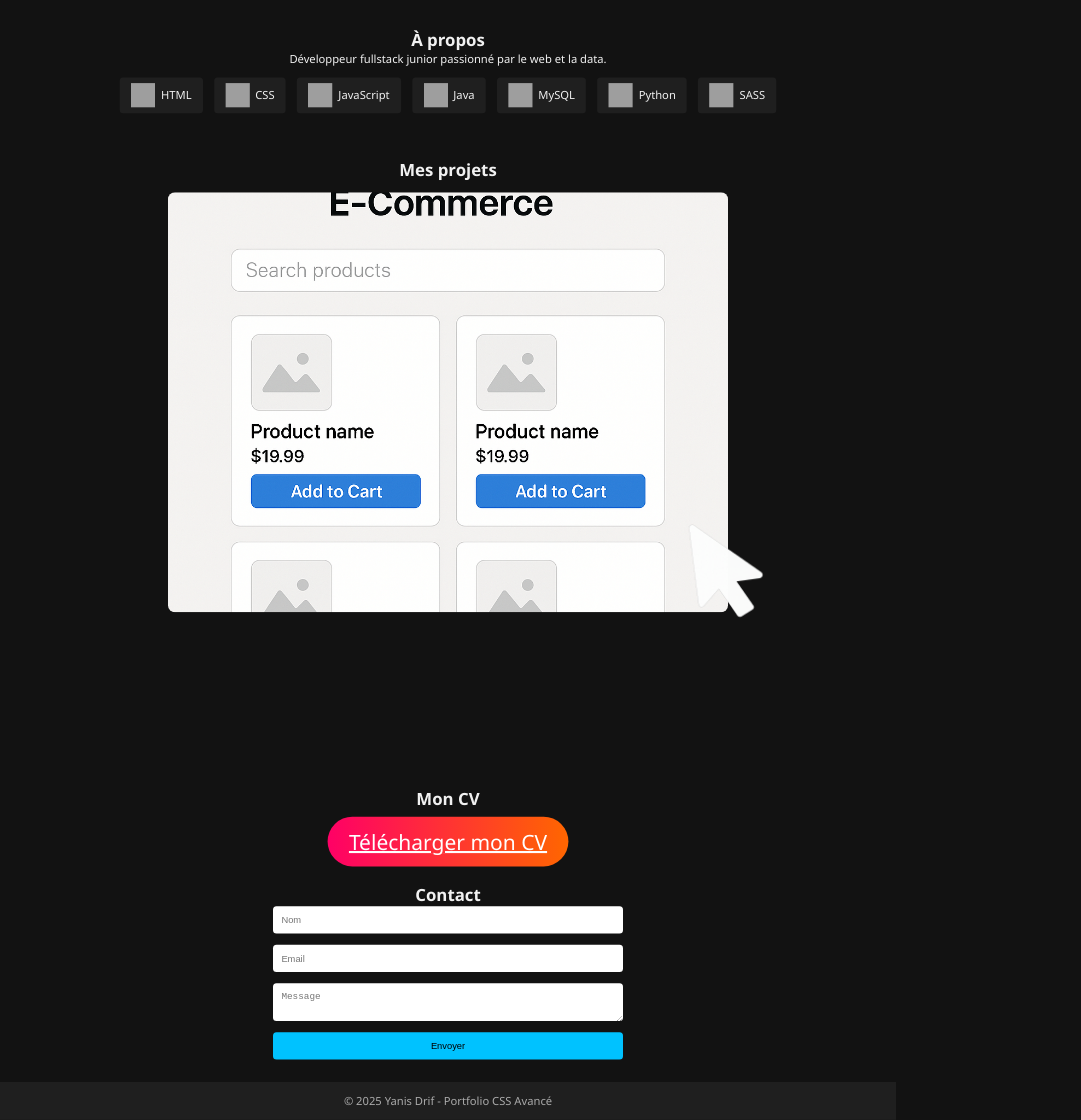
Repository: Yxniiss/ProjetCssAvance
Page: OneDrive/Bureau/Portfolio DrifYanis/home.html
These files come from the project's save history. The page is drawn as it stood at one moment and after the next save; the edit follows.
The browser window is 1280 px wide. The page is 1544 px wide, so the pictures cover 1544 px, including what lies to the right of the window. The pictures show the part of the page from y = 824 to 2424 px (the page is 2424 px tall), at 70% of full size.
Pictures or frames that could not be fetched are drawn as grey boxes.

Above is the page before, as saved 2025-04-10 11:37:38.
Console error: TypeError: Cannot set properties of null (setting 'textContent')

### OneDrive/Bureau/Portfolio DrifYanis/home.html
<!DOCTYPE html>
<html lang="fr">
<head>
  <meta charset="UTF-8" />
  <meta name="viewport" content="width=device-width, initial-scale=1.0" />
  <title>Portfolio - Yanis Drif</title>
  <link rel="stylesheet" href="/style.css" />
  <script defer src="/script.js"></script>
</head>
<body>
  <nav class="navbar">
    <div class="logo">Yanis Drif</div>
    <ul class="nav-links">
      <li><a href="#apropos">À propos</a></li>
      <li><a href="#projets">Projets</a></li>
      <li><a href="#cv">CV</a></li>
      <li><a href="#contact">Contact</a></li>
    </ul>
  </nav>

  <header class="hero">
    <img src="/image/IMG_0965 (2).jpeg" alt="Photo de profil" class="hero__image" />
    <div class="hero__content">
      <h1 class="hero__name">Yanis Drif</h1>
      <p class="hero__tagline">Développeur <span>Web</span> & Passionné de Data</p>
      <p class="hero__desc">Musique 🎧 | Jeux Vidéo 🎮 | Basket 🏀</p>
      <a href="#projets" class="btn">Voir mes projets</a>
    </div>
  </header>

  <section id="apropos" class="section about">
    <h2>À propos</h2>
    <p>Développeur fullstack junior passionné par le web et la data.</p>
    <div class="skills">
      <div class="skill"><img src="https://devicon-website.vercel.app/api/html5/original-wordmark.svg" alt="HTML">HTML</div>
      <div class="skill"><img src="https://devicon-website.vercel.app/api/css3/original-wordmark.svg" alt="CSS">CSS</div>
      <div class="skill"><img src="https://devicon-website.vercel.app/api/javascript/original.svg" alt="JavaScript">JavaScript</div>
      <div class="skill"><img src="https://devicon-website.vercel.app/api/java/original-wordmark.svg" alt="Java">Java</div>
      <div class="skill"><img src="https://devicon-website.vercel.app/api/mysql/plain-wordmark.svg" alt="MySQL">MySQL</div>
      <div class="skill"><img src="https://devicon-website.vercel.app/api/python/original-wordmark.svg" alt="Python">Python</div>
      <div class="skill"><img src="https://devicon-website.vercel.app/api/sass/original.svg" alt="SASS">SASS</div>
    </div>
  </section>

  <section id="projets" class="section projets">
    <h2>Mes projets</h2>
    <div class="projects carousel">
      <img src="image/ChatGPT Image 10 avr. 2025, 11_03_09.png" alt="Projet 1"/>
      <img src="/image/ChatGPT Image 10 avr. 2025, 11_09_31.png" alt="Projet 2" />
      <img src="/image/ChatGPT Image 10 avr. 2025, 11_11_38.png" alt="Projet 3" />
    </div>
    <div class="cursor2">
      <img src="/image/fecd8f8b-00be-49a2-b5b1-3fb5a8c2059e.png">
    </div>
  </section>

  <section id="cv" class="section cv">
    <h2>Mon CV</h2>
    <a href="/doc/CV Yanis (1) (1).pdf" download class="btn2">Télécharger mon CV</a>
  </section>

  <section id="contact" class="section contact">
    <h2>Contact</h2>
    <form class="contact-form">
      <input type="text" placeholder="Nom" required />
      <input type="email" placeholder="Email" required />
      <textarea placeholder="Message" required></textarea>
      <button type="submit">Envoyer</button>
    </form>
  </section>

  <footer>
    <p>&copy; 2025 Yanis Drif - Portfolio CSS Avancé</p>
  </footer>
</body>
</html>

### OneDrive/Bureau/Portfolio DrifYanis/style.css
* {
    margin: 0;
    padding: 0;
    box-sizing: border-box;
  }

  body {
    font-family: "Segoe UI", sans-serif;
    background-color: #121212;
    color: #f1f1f1;
  }


  .navbar {
    display: flex;
    justify-content: space-between;
    padding: 1rem 2rem;
    background-color: #1f1f1f;
  }

  .nav-links {
    display: flex;
    list-style: none;
    gap: 1.5rem;
  }

  .nav-links a {
    color: #00c2ff;
    text-decoration: none;
  }

  .hero {
    padding: 3rem 1rem;
    text-align: center;

  }

  .hero__name{
    position: relative;
    left: 280px;
    bottom:500px;

  }

  .hero__tagline{
    position: relative;
    left:280px;
    bottom:490px;
  }

  .hero__desc{
    position: relative;
    left:280px;
    bottom:490px;}

  .hero__image {
    border-radius: 25%;
    width: 400px;
    border: 1px solid #ffffff;
    margin-bottom: 1rem;
    position: relative;
    right:500px ;
  }

  .section {
    padding: 2rem 1rem;
    text-align: center;
  }

  .projects {
    display: flex;
    justify-content: center;
    gap: 1rem;
    flex-wrap: wrap;
    margin-top: 1rem;
  }

  .projects img {
    width: 800px;
    height: 600px;
    -o-object-fit: cover;
       object-fit: cover;
    border-radius: 10px;
  }

  .cursor2 img{
    width: 180px;
    position:relative;
    bottom:150px;
    left:400px;

  }

  .skills {
    display: flex;
    flex-wrap: wrap;
    gap: 1rem;
    justify-content: center;
    margin-top: 1rem;
  }

  .skill {
    display: flex;
    align-items: center;
    gap: 0.5rem;
    background-color: #1f1f1f;
    padding: 0.5rem 1rem;
    border-radius: 5px;
    transition: 0.3s ease, opacity 0.3s ease;
  }

  .skill:hover{
    transform: scale(1.2);
    opacity: 0.8;
  }

  .skill img {
    width: 35px;
    height: 35px;
  }

  footer {
    padding: 1rem;
    text-align: center;
    background-color: #1f1f1f;
    color: #aaa;
  }

  .btn {
    padding: 15px 30px;
    font-size: 30px;
    position: relative;
    left: 300px;
    bottom:150px;
    color:white;
    background: linear-gradient(90deg, #ff0066, #ff6600);
    border:none;
    border-radius: 50px;
    cursor: pointer;
    box-shadow: 0 4px 15px rgba(255,0,102,0);
    transition: box-shadow 0.3s ease, transform 0.3s ease;
  }

  .btn:hover{
    box-shadow: 0 10px 20px rgba(255,0,102,0.5);
    transform: translateY(-3px);
  }

  .btn2 {
    padding: 15px 30px;
    font-size: 30px;
    position: relative;
    left: 0px;
    top:25px;
    color:white;
    background: linear-gradient(90deg, #ff0066, #ff6600);
    border:none;
    border-radius: 50px;
    cursor: pointer;
    box-shadow: 0 4px 15px rgba(255,0,102,0);
    transition: box-shadow 0.3s ease, transform 0.3s ease;
  }

  .btn2:hover{
    box-shadow: 0 10px 20px rgba(255,0,102,0.5);
    transform: translateY(-3px);
  }


  .contact-form {
    max-width: 500px;
    margin: auto;
    display: flex;
    flex-direction: column;
    gap: 1rem;
  }

  .contact-form input,
  .contact-form textarea {
    padding: 0.75rem;
    border: none;
    border-radius: 5px;
  }

  .contact-form button {
    background-color: #00c2ff;
    color: #000;
    padding: 0.75rem;
    border: none;
    border-radius: 5px;
    cursor: pointer;
  }

  .start h1{
    text-align: left;
    margin-top: 100px;
    font-size: 35px;
    margin-left: 100px;
  }

  .start h2{
    text-align: left;
    margin-top: 1px;
    font-size: 70px;
    margin-left: 100px;
  }

  .start h3{
    text-align: left;
    margin-top: 1px;
    font-size: 35px;
    margin-left: 100px;
  }

  #mot {
    color:#00c2ff;
  }

  #cursor{
    display: inline-block;
    width: 10px;
    background-color:black;
    animation: blink 0.8s step-end infinite;
  }

  @keyframes blink{
    50% {
      opacity: 0;
    }
  }

  @keyframes typing{
    from{
      width: 0;
    }
    to{
      width: 100%;
    }
  }

  #main{
    opacity: 0;
    transform: translateY(0);
    transition: opacity 5s ease, transform 5s ease;
  }

  body.loaded #main{
    opacity: 1;
    transform: translateY(0);
  }


  .start p{
    text-align: left;
    margin-left: 100px;
    margin-top: 20px;
    font-size: 20px;
  }

  .ntwrks {
    position: absolute;
    top: 410px;
    left: 110px;
    display: flex;
    flex-wrap: wrap;
    gap: 1rem;
  }

  .ntwrk {
    display: flex;
    align-items: center;
    gap: 0.5rem;
    background-color: #1f1f1f;
    padding: 1rem 1rem;
    border-radius: 100px;
    transition: 0.3s ease, opacity 0.3s ease;
  }

  .ntwrk:hover{
    transform: scale(1.2);
    opacity: 0.8;
  }

  .ntwrk img {
    width: 30px;
    height: 30px;
  }

  .modern-button{
    background-color:#00c2ff;
    font-size: 16px;
    font-weight: bold;
    border:none;
    padding: 15px 30px;
    border-radius: 25px;
    cursor: pointer;
    outline: none;
    position: relative;
    right:550px;
    top:120px;
    animation:glow 1.5s infinite alternate;
    transition: 0.3s ease, opacity 0.3s ease;
  }

  .modern-button a{
    color:white;
    text-decoration: none;
  }

  .modern-button:hover{
    transform: scale(1.2);
    opacity: 1;
  }

  @keyframes glow{
    0%{
      box-shadow: 0 0 10px 5px rgba(0, 194, 255, 0.6), 0 0 20px 10px rgba(0, 194, 255, 0.4);
    }
    100%{
      box-shadow: 0 0 20px 10px rgba(0, 194, 255, 1), 0 0 30px 15px rgba(0, 194, 255, 0.8);
    }
  }

  .image{
    max-width: 30%;
    position: relative;
    bottom: 350px;
    left: 350px;
  }

### OneDrive/Bureau/Portfolio DrifYanis/script.js

document.addEventListener('DOMContentLoaded', () => {
    // Scroll fluide
    document.querySelectorAll('a[href^="#"]').forEach(anchor => {
      anchor.addEventListener('click', function (e) {
        e.preventDefault();
        const target = document.querySelector(this.getAttribute('href'));
        if (target) {
          target.scrollIntoView({ behavior: 'smooth' });
        }
      });
    });

    // Carrousel automatique
    const images = document.querySelectorAll('.carousel img');
    let currentIndex = 0;

    function showSlide(index) {
      images.forEach((img, i) => {
        img.style.display = i === index ? 'block' : 'none';
      });
    }

    function nextSlide() {
      currentIndex = (currentIndex + 1) % images.length;
      showSlide(currentIndex);
    }

    if (images.length > 0) {
      showSlide(currentIndex);
      setInterval(nextSlide, 3000); // change every 3 seconds
    }
  });

  const mot = ["Etudiant", "Developpeur web", "Pasionné de code","Developpeur fullstack"];
  let index = 0;
  const element = document.getElementById("mot");
  const cursor = document.getElementById("cursor");

  let typingInterval;
  let currentWord = "";
  let currentCharIndex = 0;

  function  commencerTypingAnimation(){
    currentWord=mot[index];
    currentCharIndex = 0;
    element.textContent = '';

    typingInterval = setInterval(() =>{
      element.textContent += currentWord.charAt(currentCharIndex);
      currentCharIndex++;

      if(currentCharIndex === currentWord.length){
        clearInterval(typingInterval);
        setTimeout(changerMot,1000);
      }
    },150);
  }

  function changerMot(){
    element.textContent=mot[index];
    index++;
    if(index===mot.length){
      index=0;
    }
    commencerTypingAnimation();
  }
  commencerTypingAnimation();

  window.addEventListener('load', function () {
    document.body.classList.add('loaded');
  });

After the next save:
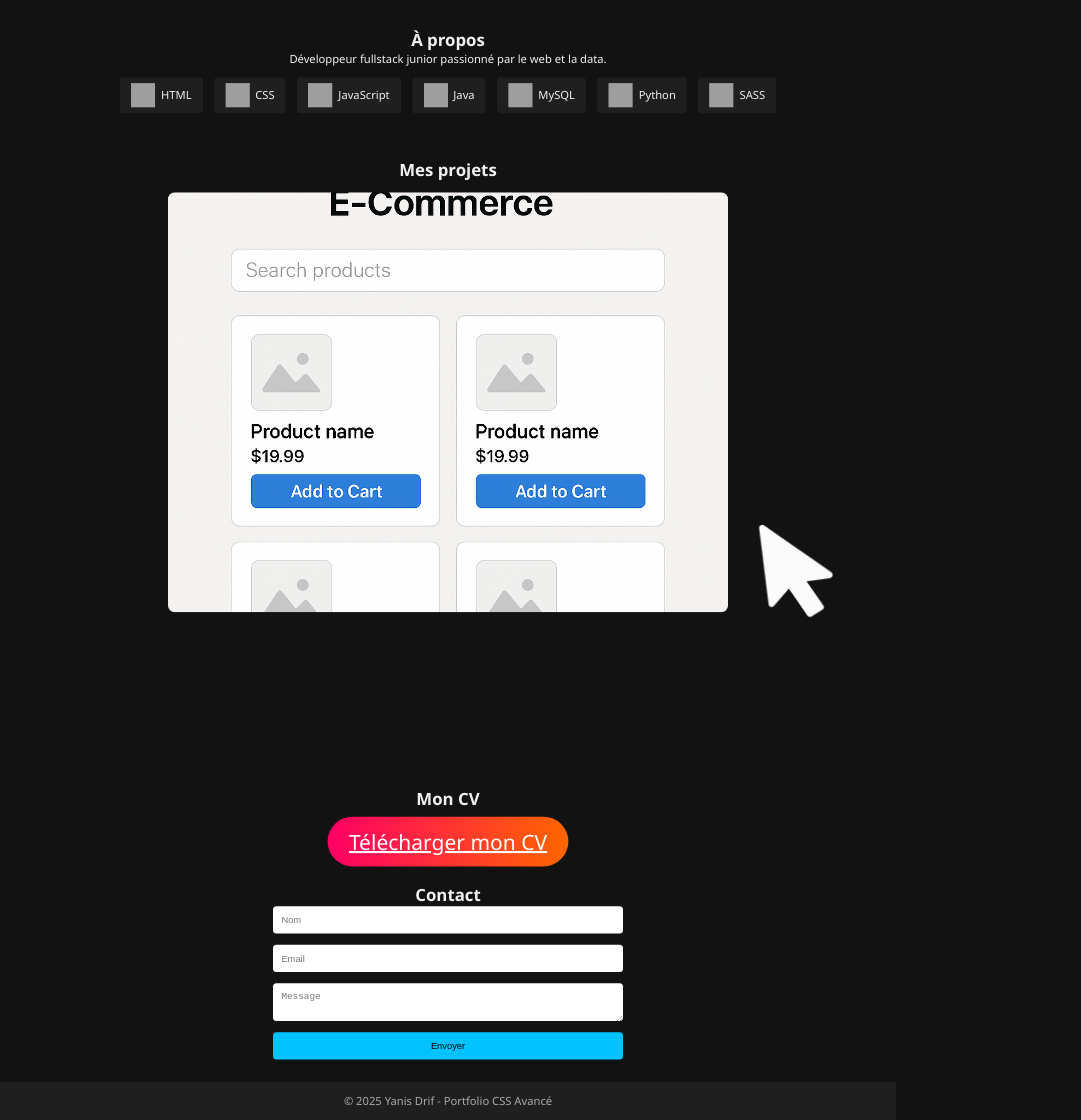
Saved 3 s later.
--- a/OneDrive/Bureau/Portfolio DrifYanis/style.css
+++ b/OneDrive/Bureau/Portfolio DrifYanis/style.css
@@ -87,7 +87,7 @@
     width: 180px;
     position:relative;
     bottom:150px;
-    left:400px;
+    left:500px;
 
   }
 
